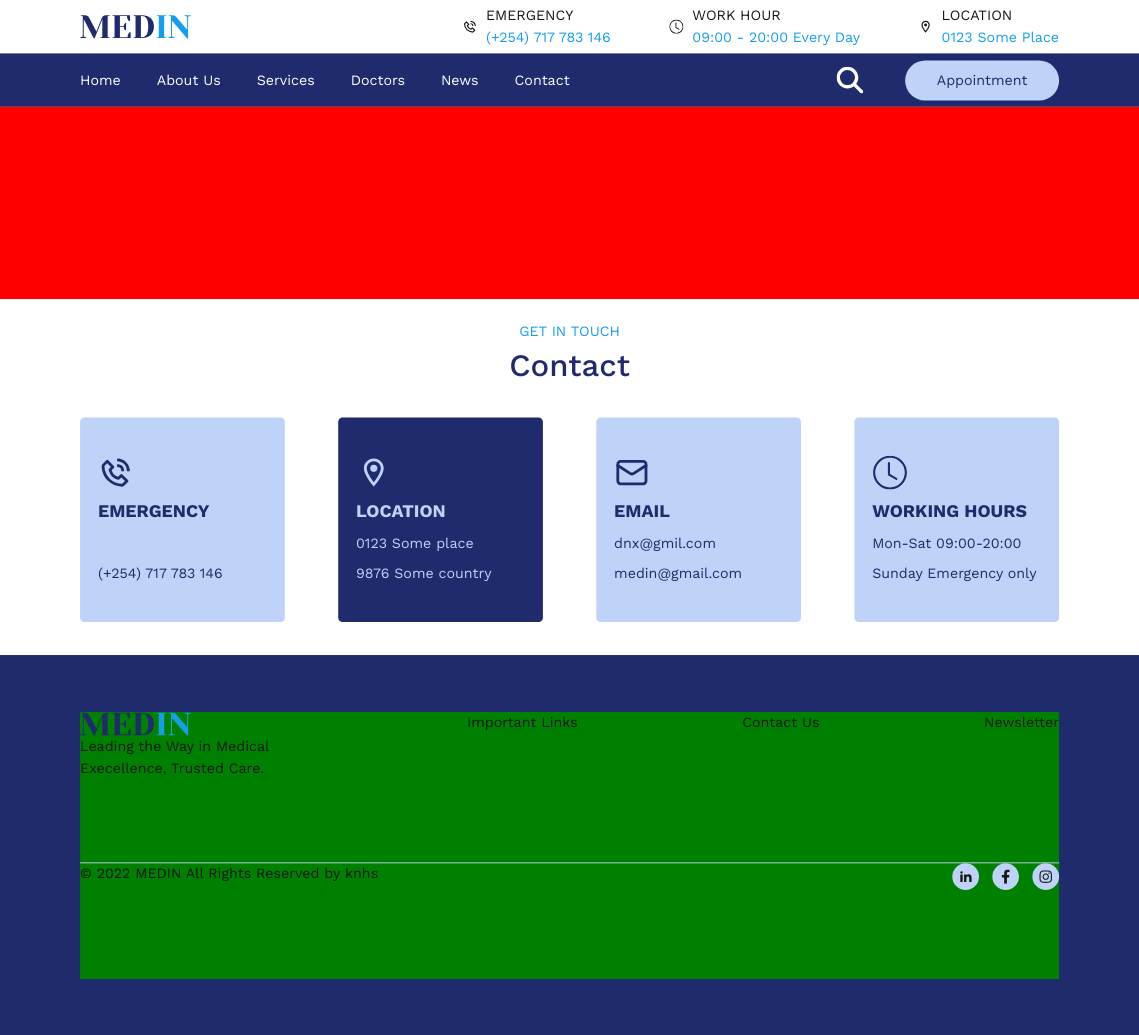
Repository: SynHK3/Poc_Hospital
Page: /appointment (app in fe_hospital/)
These files come from the project's save history. The page is drawn as it stood at one moment and after a run of saves; the edit follows.
The browser window is 1280 px wide. The pictures show the whole page, at 89% of full size.
The project was rebuilt for these pictures with package versions that can differ from the ones it lists, and the page was loaded fresh each time. The framework's server and built-in components were replaced by stand-ins that run in the browser. Also part of the build but not shown: fe_hospital/next.config.ts.

Above is the page before, as saved 2025-09-02 16:43:11.

### fe_hospital/src/app/layout.tsx
import type { Metadata } from "next";
import { Geist, Geist_Mono, Work_Sans } from "next/font/google";
import "./globals.css";

const geistSans = Geist({
  variable: "--font-geist-sans",
  subsets: ["latin"],
});

const geistMono = Geist_Mono({
  variable: "--font-geist-mono",
  subsets: ["latin"],
});

const workSans = Work_Sans({
  subsets: ["latin"],
  weight: ["400", "500", "600", "700"], // chọn các weight cần
});

export const metadata: Metadata = {
  title: "Create Next App",
  description: "Generated by create next app",
};

export default function RootLayout({
  children,
}: Readonly<{
  children: React.ReactNode;
}>) {
  return (
    <html lang="en">
      <body
        className={`${workSans.className} ${geistMono.variable} antialiased`}
      >
        {children}
      </body>
    </html>
  );
}

### fe_hospital/src/app/appointment/page.tsx
import Header from "@/components/header/header";
import "./appointment.css";
import Contact from "@/components/contact/contact";
import Footer from "@/components/footer/footer";

export default function Appointment() {
  return (
    <div>
      <Header></Header>
      <div className="container__content--appointment"></div>
      <Contact></Contact>
      <Footer></Footer>
    </div>
  );
}

### fe_hospital/src/components/header/header.tsx
import Logo from "../../images/Logo.svg";
import Image from "next/image";
import { BiPhoneCall } from "react-icons/bi";
import { FaMagnifyingGlass } from "react-icons/fa6";
import { BsClock } from "react-icons/bs";
import { MdOutlineLocationOn } from "react-icons/md";
import "./header.css";

export default function Header() {
  return (
    <div className="container__header">
      <div className="header__layout">
        <div className="header__headline">
          <Image src={Logo} width={125} height={42} alt=""></Image>

          <div className="header__headline--info">
            <div className="header__headline--info--item">
              <BiPhoneCall className="icon__info--item"></BiPhoneCall>

              <div className="header__headline--info--desc">
                <h3>EMERGENCY</h3>
                <h5>(+254) 717 783 146</h5>
              </div>
            </div>

            <div className="header__headline--info--item">
              <BsClock className="icon__info--item"></BsClock>

              <div className="header__headline--info--desc">
                <h3>WORK HOUR</h3>
                <h5>09:00 - 20:00 Every Day</h5>
              </div>
            </div>

            <div className="header__headline--info--item">
              <MdOutlineLocationOn className="icon__info--item"></MdOutlineLocationOn>

              <div className="header__headline--info--desc">
                <h3>LOCATION</h3>
                <h5>0123 Some Place</h5>
              </div>
            </div>
          </div>
        </div>

        <div className="header__nav">
          <div className="layout__header--nav">
            <ul className="header__list--nav">
              <li>Home</li>
              <li>About Us</li>
              <li>Services</li>
              <li>Doctors</li>
              <li>News</li>
              <li>Contact</li>
            </ul>

            <div className="header__nav--appoinment">
              <FaMagnifyingGlass fontSize={30}></FaMagnifyingGlass>

              <button className="header__btn--appointment">Appointment</button>
            </div>
          </div>
        </div>
      </div>
    </div>
  );
}

### fe_hospital/src/app/appointment/appointment.css
.container__content--appointment {
  width: 100%;
  height: 30vh;
  background-color: red;
}

### fe_hospital/src/components/contact/contact.tsx
import "./contact.css";

import { BiPhoneCall } from "react-icons/bi";
import { MdOutlineLocationOn } from "react-icons/md";
import { LuMail } from "react-icons/lu";
import { BsClock } from "react-icons/bs";

export default function Contact() {
  return (
    <div className="container__contact">
      <div className="container__layout--contact">
        <div className="content__contact--headline">
          <h6>GET IN TOUCH</h6>
          <h1>Contact</h1>
        </div>

        <ul className="content__list--contact">
          <li>
            <div className="contact--item">
              <BiPhoneCall className="contact__item--icon"></BiPhoneCall>
              <h1>EMERGENCY</h1>

              <h3 style={{ visibility: "hidden" }}>dnx@gmil.com</h3>
              <p>(+254) 717 783 146</p>
            </div>
          </li>
          <li>
            <div className="contact--item">
              <MdOutlineLocationOn className="contact__item--icon"></MdOutlineLocationOn>
              <h1>LOCATION</h1>

              <p>0123 Some place</p>
              <p>9876 Some country</p>
            </div>
          </li>
          <li>
            <div className="contact--item">
              <LuMail className="contact__item--icon"></LuMail>
              <h1>EMAIL</h1>

              <p>dnx@gmil.com</p>
              <p>medin@gmail.com</p>
            </div>
          </li>
          <li>
            <div className="contact--item">
              <BsClock className="contact__item--icon"></BsClock>
              <h1 className="headline--item">WORKING HOURS</h1>

              <p>Mon-Sat 09:00-20:00</p>
              <p>Sunday Emergency only</p>
            </div>
          </li>
        </ul>
      </div>
    </div>
  );
}

### fe_hospital/src/components/footer/footer.tsx
import "./footer.css";
import { RiLinkedinFill } from "react-icons/ri";
import { FaFacebookF } from "react-icons/fa";
import { FaInstagram } from "react-icons/fa";
import Image from "next/image";
import Logo from "../../images/Logo.svg";

export default function Footer() {
  return (
    <div className="container__footer">
      <div className="container__layout--footer">
        <ul className="list__footer--item">
          <li>
            <div>
              <Image src={Logo} width={125} height={42} alt=""></Image>
              <h1 className="headline__footer">Leading the Way in Medical Execellence, Trusted Care.</h1>
            </div>
          </li>
          <li>
            <div>
              <h1>Important Links</h1>
              <ul className="list--item--footer--link">
                <li></li>
                <li></li>
                <li></li>
                <li></li>
              </ul>
            </div>
          </li>

          <li>
            <div>
              <h1>Contact Us</h1>
              <ul className="list--item--footer--contact">
                <li></li>
                <li></li>
                <li></li>
                <li></li>
              </ul>
            </div>
          </li>
          <li>
            <div>
              <h1>Newsletter</h1>
            </div>
          </li>
        </ul>

        <div className="footer--line"></div>

        <div className="footer--link--social">
          <h3>© 2022 MEDIN All Rights Reserved by knhs</h3>

          <ul className="list--icon--link--social">
            <li>
              <RiLinkedinFill></RiLinkedinFill>
            </li>
            <li>
              <FaFacebookF></FaFacebookF>
            </li>
            <li>
              <FaInstagram></FaInstagram>
            </li>
          </ul>
        </div>
      </div>
    </div>
  );
}

### fe_hospital/src/components/header/header.css
.container__header {
  width: 100%;
  height: 120px;
}

.header__layout {
  display: flex;
  flex-direction: column;
  align-items: center;
  width: 100%;
}

.header__headline {
  display: flex;
  justify-content: space-between;
  width: 1100px;
  height: 60px;
}

.header__headline--info {
  width: 670px;
  display: flex;
  justify-content: space-between;
}

.header__headline--info--desc > h5 {
  color: #159eec;
}

.header__headline--info--item {
  height: 60px;
  display: flex;
  align-items: center;
}

.icon__info--item {
  font-size: 30;
  margin-right: 10px;
}

/* Header Nav */

.header__nav {
  display: flex;
  align-items: center;
  justify-content: center;
  width: 100%;
  height: 60px;
  background-color: #1f2b6c;
  color: white;
}

.layout__header--nav {
  display: flex;
  justify-content: space-between;
  align-items: center;
  width: 1100px;
  height: 60px;
}

.header__list--nav {
  width: 550px;
  display: flex;
  justify-content: space-between;
}

.header__nav--appoinment {
  width: 250px;
  height: 45px;
  display: flex;
  justify-content: space-between;
  align-items: center;
}

.header__btn--appointment {
  color: #1f2b6c;
  width: 173px;
  height: 45px;
  background-color: #bfd2f8;
  border-radius: 30px;
}

### fe_hospital/src/components/contact/contact.css
.container__contact {
  display: flex;
  width: 100%;
  height: 400px;
  justify-content: center;
}

.container__layout--contact {
  display: flex;
  flex-direction: column;
  justify-content: space-between;
  width: 1100px;
  height: 363px;
}

.content__contact--headline {
  display: flex;
  flex-direction: column;
  width: 100%;
  height: 127px;
  align-items: center;
  justify-content: center;
}

.content__list--contact {
  display: flex;
  justify-content: space-between;
  align-items: center;
}

.content__contact--headline > h1 {
  font-size: 35px;
  font-weight: 500;
  color: #1f2b6c;
}
.content__contact--headline > h6 {
  color: #159eec;
}

.content__list--contact > li {
  display: flex;
  align-items: center;
  width: 230px;
  height: 230px;
  background-color: #bfd2f8;
  border-radius: 5px;
}

.content__list--contact > li:nth-child(2) {
  background-color: #1f2b6c;
}

.content__list--contact > li:nth-child(2) > div > p,
.content__list--contact > li:nth-child(2) > div > h1,
.content__list--contact > li:nth-child(2) > div > .contact__item--icon {
  color: #bfd2f8;
}

.contact--item {
  margin-left: 20px;
  display: flex;
  flex-direction: column;
  justify-content: space-between;
  width: 126px;
  height: 145px;
}

.contact--item > h1 {
  width: 230px;
  font-size: 20px;
  font-weight: 700;
  color: #1f2b6c;
}

.contact--item > p {
  width: 230px;
  color: #1f2b6c;
}

.headline--item {
  width: 140px;
}

.contact__item--icon {
  width: 40px;
  height: 38px;
  color: #1f2b6c;
}

### fe_hospital/src/components/footer/footer.css
.container__footer {
  display: flex;
  width: 100%;
  height: 427px;
  justify-content: center;
  align-items: center;
  background-color: #1f2b6c;
}

.container__layout--footer {
  width: 1100px;
  height: 300px;
  background-color: green;
}

/* Footer Items  */
.list__footer--item {
  display: flex;
  justify-content: space-between;
  height: 169px;
}

.list__footer--item

.headline__footer {
  width: 250px;
}

/* Footer Line */

.footer--line {
  width: 100%;
  height: 1px;
  background-color: #bfd2f8;
}

.footer--link--social {
  justify-content: space-between;
  display: flex;
}

.list--icon--link--social {
  display: flex;
  justify-content: space-between;
  width: 120px;
}

.list--icon--link--social > li {
  display: flex;
  align-items: center;
  justify-content: center;
  width: 30px;
  height: 30px;
  background-color: #bfd2f8;
  border-radius: 50%;
}

Loaded but not shown: fe_hospital/src/app/globals.css (common file)

After the next 2 saves:
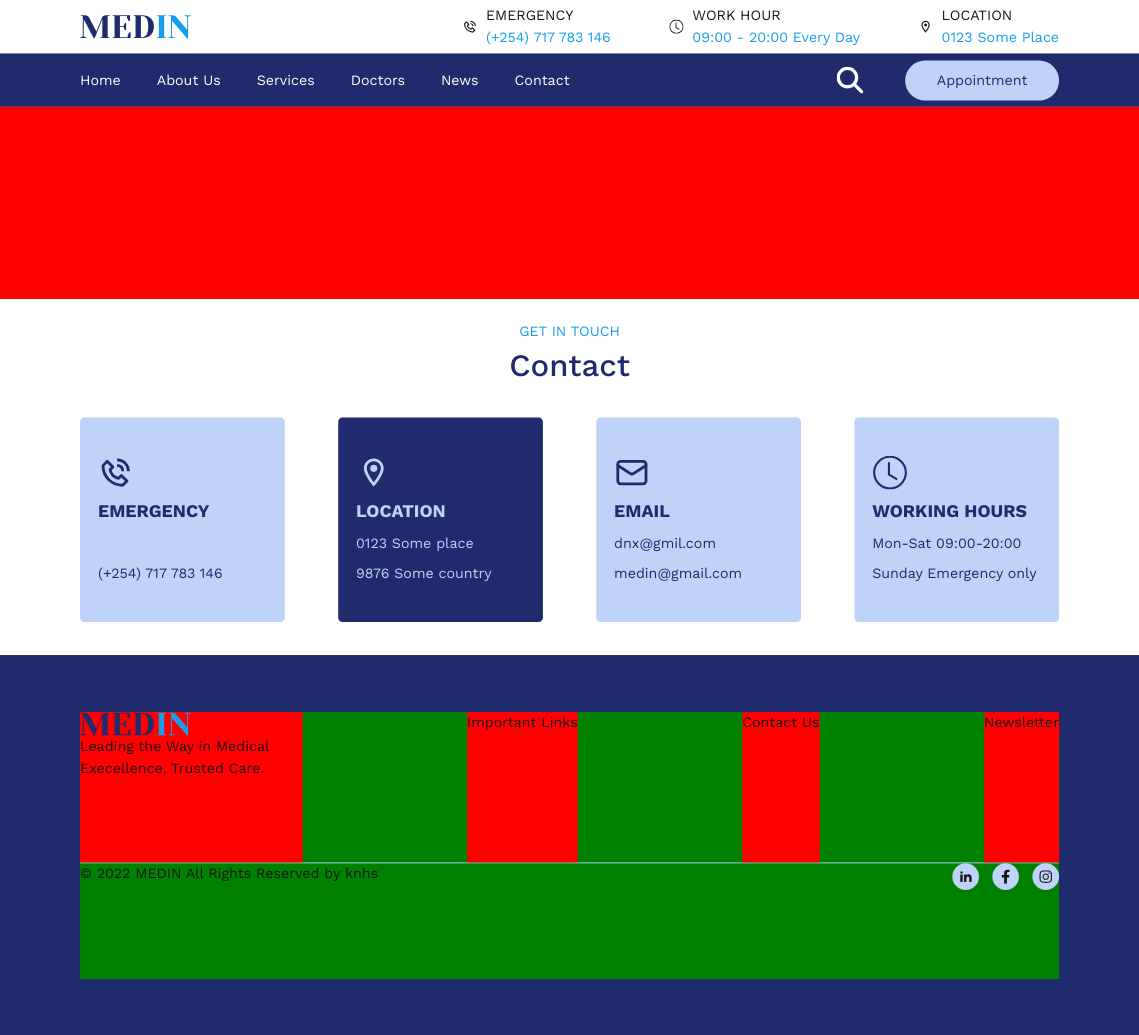
The 2 saves are shown as one change because they came seconds apart.
The last was saved 7 s later.
--- a/fe_hospital/src/components/footer/footer.css
+++ b/fe_hospital/src/components/footer/footer.css
@@ -20,7 +20,9 @@
   height: 169px;
 }
 
-.list__footer--item
+.list__footer--item > li {
+  background-color: red;
+}
 
 .headline__footer {
   width: 250px;
